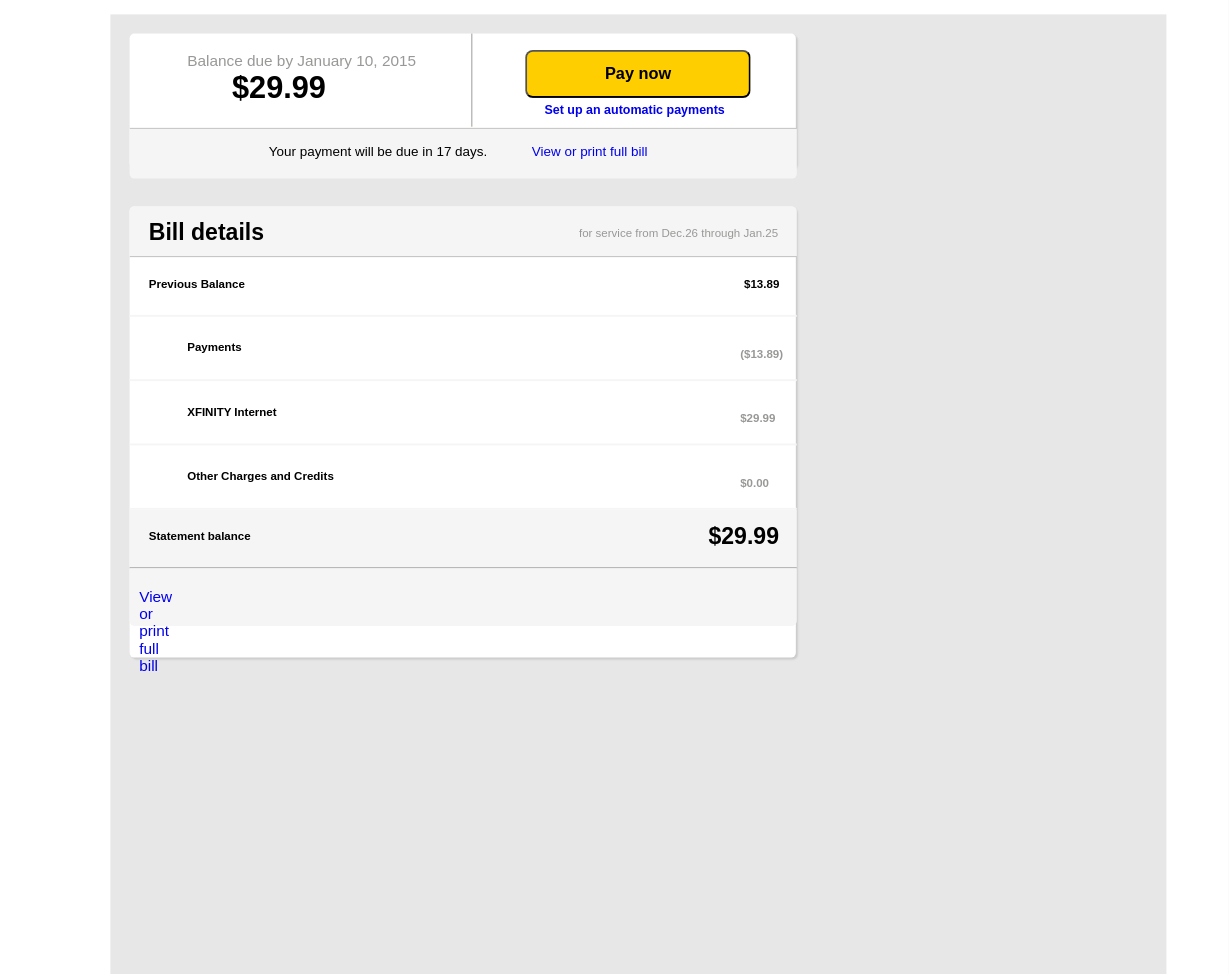
Repository: Sakivaday/UI-TSQ
Page: Aptana Studio 3 Workspace/tsq/assignment3/comcast2.html
These files come from the project's save history. The page is drawn as it stood at one moment and after the next save; the edit follows.
The browser window is 1280 px wide. The pictures show the whole page, at 96% of full size.
Pictures or frames that could not be fetched are drawn as grey boxes.

Above is the page before, as saved 2015-01-21 23:12:00.

### Aptana Studio 3 Workspace/tsq/assignment3/comcast2.html
<!DOCTYPE html>
<html lang="en">
	<head>


		<title>comcast2</title>
		<link href="comcst2.css" rel="stylesheet" type="text/css" media="all"/>
	</head>

	<body>
		<div class="bigbox">
			<div class="topleft1">

				<div class="cash">
					<p>Balance due by January 10, 2015</p>
					<h1>$29.99</h1>
				</div>
				<div class="pay">
					<button>Pay now</button>
					<a href="#">Set up an automatic payments</a>
				</div>
				<div class="days">
					<ul><li>
					<p>Your payment will be due in 17 days.
					<a href="#">View or print full bill</a></p>
				</li></ul>
				</div>
				</div>

			<div class="topleft2">
				<div class="billdetails">
					<h2>Bill details</h2>
					<div class="questionmark"></div>
					<p>for service from Dec.26 through Jan.25</p>
				</div>
			<div class="previousbalance">
				<p id="pb">Previous Balance</p>
				<p id="cc">$13.89</p>
			</div>
			<div class="rectbox1">
				<ul>
					<li>
						<div class="arrow"><p class="lft">Payments</p>
						</div>
						<p class="bill">($13.89)</p>
					</li></ul></div>

			<div class="rectbox1">	<ul>    <li>
						<div class="arrow"><p class="lft">XFINITY Internet</p>
						</div>
						<p class="bill">$29.99</p>
			</li></ul></div>
			<div class="rectbox1"><ul>		<li>
						<div class="arrow"><p class="lft">Other Charges and Credits</p>
						</div>
						<p class="bill">$0.00</p>
			</li></ul></div>
		<div class="statement">
					<p id="sb">Statement balance</p>
					<h2 id="p">$29.99</h2>
				</div>
				<div class="lst">
				<div class="pd">
					<a href="#">View or print full bill</a>
				</div></div>



			</div>



		</div>



	</body>
</html>

### Aptana Studio 3 Workspace/tsq/assignment3/comcst2.css
*{
	padding:0px;
	margin:0px;
	font-family: "Arial";
	text-decoration: none;
	list-style: none;
}
.bigbox {
	width:1100px;
	height: 1000px;
	margin-left:115px;
	margin-top: 15px;
	background-color: #e7e7e7;
}
.topleft1{
	width: 694px;
	height: 140px;
	background-color: white;
	box-shadow: 2px 2px 2px #cacaca;
	border-radius: 5px;
	margin-left: 20px;
	margin-top: 20px;
	display: inline-block;
}
.cash{
	float:left;
	margin-left: 30px;
	margin-top:20px;
	width: 47%;
}
.cash p{
	color: #989896;
	margin-left: 30px;
}
.cash h1{
	text-align: center;
	margin-left: -75px;
}
button{
	background-color: #fece00;
	width: 235px;
	height: 50px;
	border-radius: 8px;
	font-weight: bold;
	font-size: 17px;
	float:left;
	margin-left: 55px;
	margin-top: 17px;
}
.pay a{
	font-size: 13px;
	font-weight:600;
	margin-left: 75px;
	padding-top: 5px;
	padding-bottom: 10px;
	display: inline-block;
}
.pay{
	width: 47%;
	float:left;
	border-left: 1px solid #989896;
}
.days{
	background-color: #F5F5F5;
	border-top: 1px solid #989896;
	height: 52px;
	width: 695px;
	margin-top: 98px;
	border-radius: 0px 0px 5px 5px;
}
.days ul li p{
	margin-left: 145px;
	margin-top: 16px;
	font-size: 14px;
}
.days ul li a{
	font-size:14px;
	margin-left: 274px;
    display:inherit;
    margin-top: -17px;
}
.pdf{
	margin-left: 500px;
	margin-top: 16px;
	font-size: 14px;
}
.topleft2{
	width: 694px;
	height: 470px;
	background-color: white;
	box-shadow: 2px 2px 2px #cacaca;
	border-radius: 5px;
	margin-left: 20px;
	margin-top: 40px;
	display: inline-block;
}
.billdetails{
    background-color: #F5F5F5;
	border-bottom: 1px solid #989896;
	height: 52px;
	width: 695px;
	border-radius: 5px 5px 0px 0px;
}
.billdetails h2{
	margin-top: 13px;
	margin-left: 20px;
	float: left;
}
.questionmark{
	background: url('pictures/sprite.png') no-repeat;
	width:14px;
	height:14px;
	background-position: -200px -1300px;
	float: left;
	margin-top: 21px;
	margin-left: 10px;
}
.billdetails p{
	margin-top: -14px;
	margin-left: 328px;
	float:left;
	font-size: 12px;
	color: #989896;
}
.previousbalance{
	border-bottom: 2px solid #F5F5F5;
	height: 60px;
	width: 695px;
}
#pb{
	margin-left:20px;
	margin-top: 21px;
	font-weight:600;
	float:left;
	font-size: 12px;
}
#cc{
	margin-left:520px;
	margin-top: 21px;
	font-weight:600;
	float: left;
	font-size: 12px;
}
.arrow{
	background: url('pictures/sprite.png') no-repeat;
	width:23px;
	height:23px;
	background-position: -101px -500px;
	float: left;
	margin-top: 21px;
	margin-left: 20px;
}
.lft{
	float: left;
	margin-top: 4px;
	margin-left: 40px;
	font-weight:600;
	font-size: 12px;
	width: 160px;
}
.bill{
	float: left;
	margin-top: -12px;
	margin-left: 636px;
	font-weight:600;
	font-size: 12px;
	color: #989896;
	display:inline-block;
}
.rectbox1{
	border-bottom: 2px solid #F5F5F5;
	height: 65px;
	width: 695px;
}
.statement{
	border-bottom: 1px solid #989896;
	height: 60px;
	width: 695px;
	background-color: #F5F5F5;
}
#sb{
	margin-left:20px;
	margin-top: 21px;
	font-weight:600;
	float:left;
	font-size: 12px;
}
#p{
	margin-left: 603px;
	margin-top: -21px;
	float: left;
}
.lst{
	height: 60px;
	width: 695px;
	background-color: #F5F5F5;
	border-radius: 0px 0px 5px 5px;
}
.pd{
	background: url('pictures/sprite.png') no-repeat;
	width:22px;
	height:27px;
	background-position: -252px -300px;
	float: left;
	margin-top: 21px;
	margin-left: 10px;
}

After the next save:
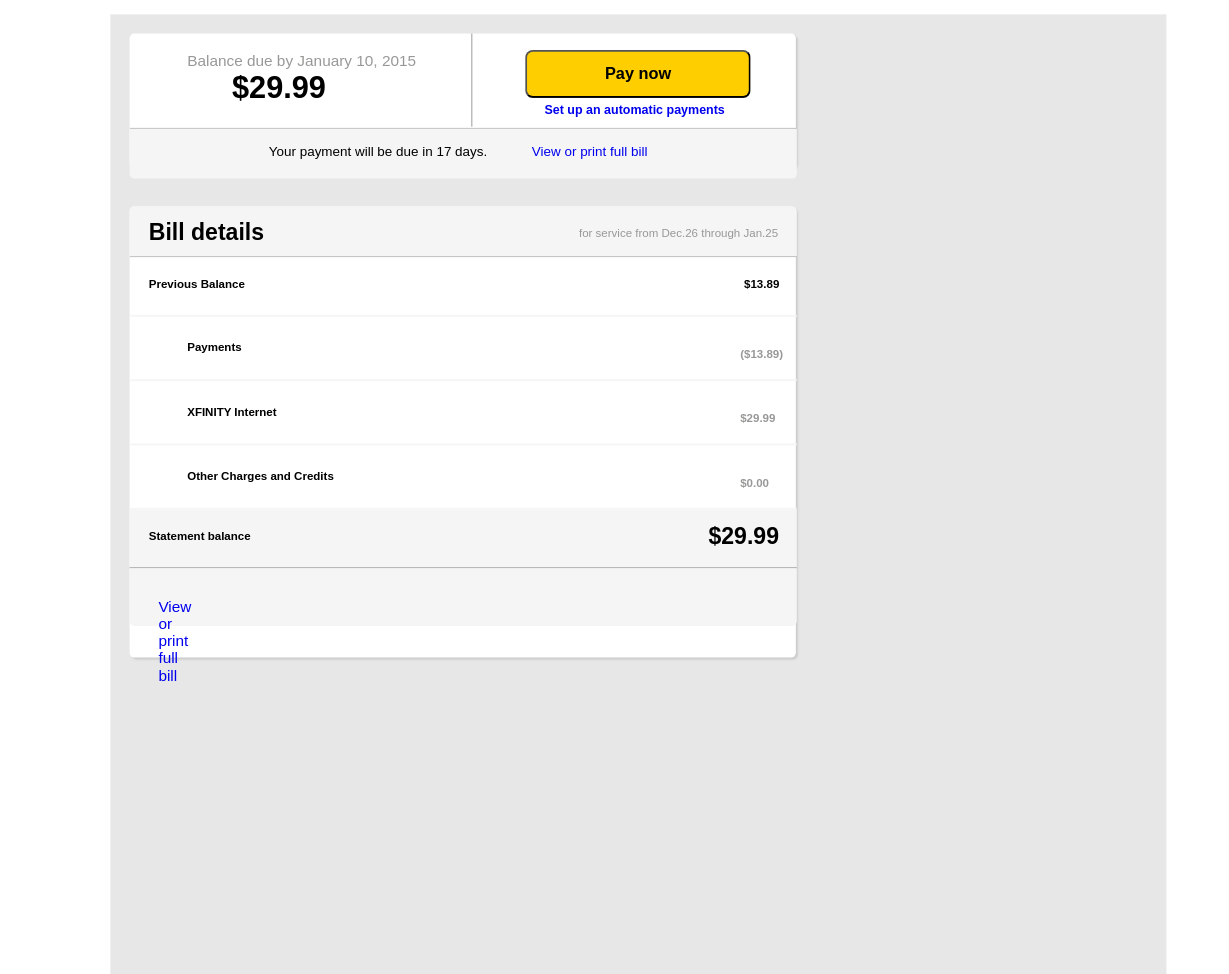
Saved 33 min 36 s later.
--- a/Aptana Studio 3 Workspace/tsq/assignment3/comcst2.css
+++ b/Aptana Studio 3 Workspace/tsq/assignment3/comcst2.css
@@ -205,3 +205,8 @@ button{
 	margin-top: 21px;
 	margin-left: 10px;
 }
+.lst .pd a{
+	float: left;
+	margin-left: 20px;
+	margin-top: 10px;
+}
